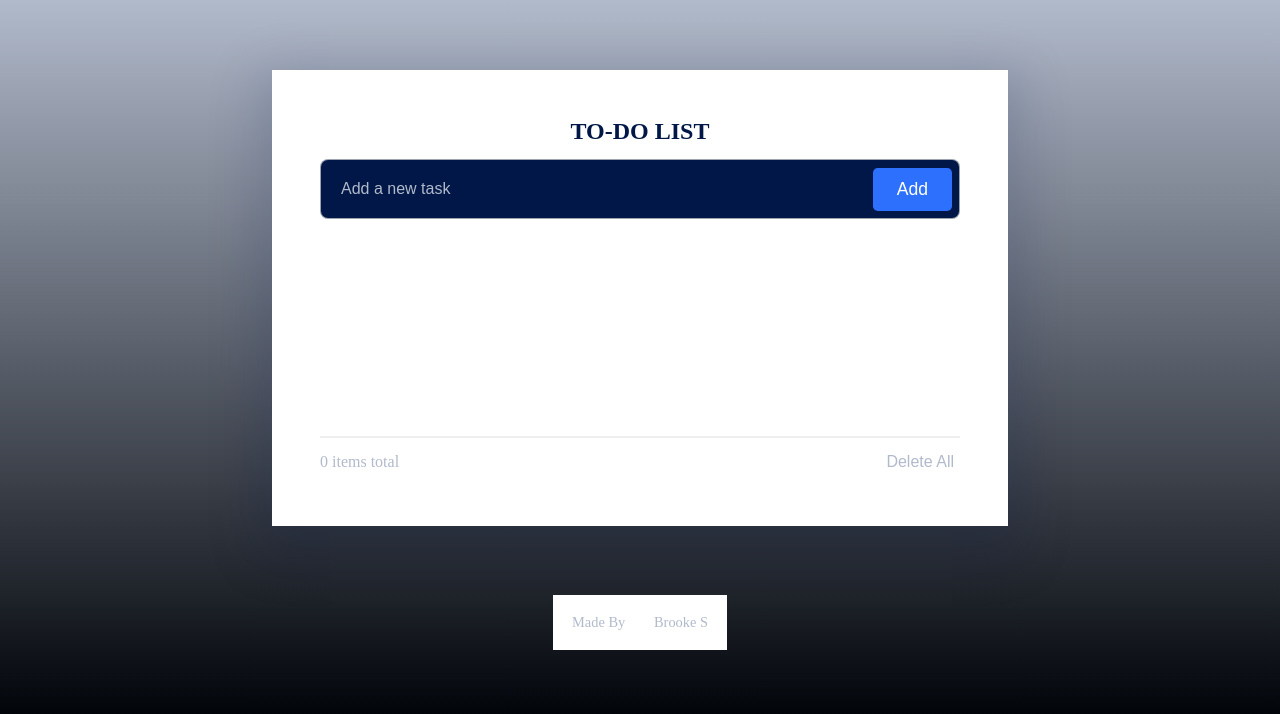
Repository: Bsharpenski/mini-movi-list
Page: workshop/fund3/index.html
An editor plug-in stored every save of this project. The page is shown before and after the next save, followed by the edit.
The browser window is 1280 px wide. The pictures show the whole page.

Above is the page before, as saved 2025-02-04 23:11:16.

After the next save:
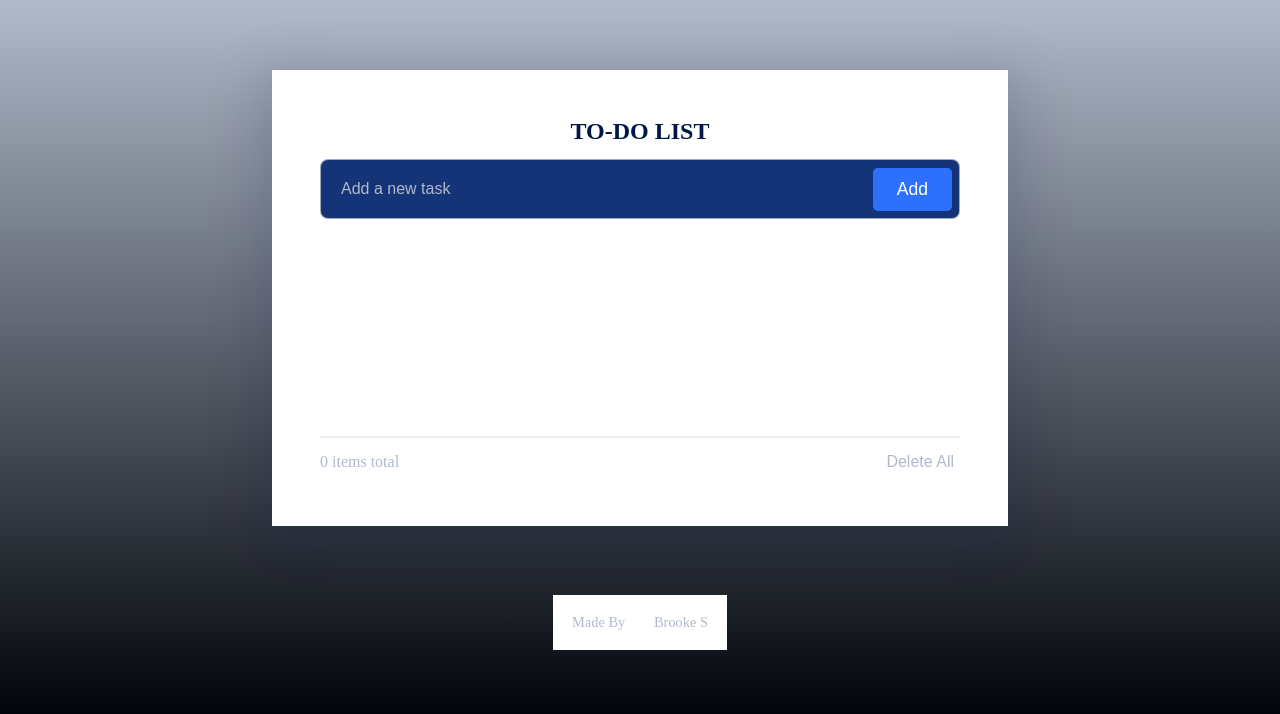
Saved 68 s later.
--- a/workshop/fund3/style.css
+++ b/workshop/fund3/style.css
@@ -79,7 +79,7 @@ h2 {
     border-radius:0.5rem ;
     padding: 1.25rem;
     font-size: 1rem;
-    background-color: #001747;
+    background-color: #153477;
 }
 
 input[type="text"]::placeholder{
